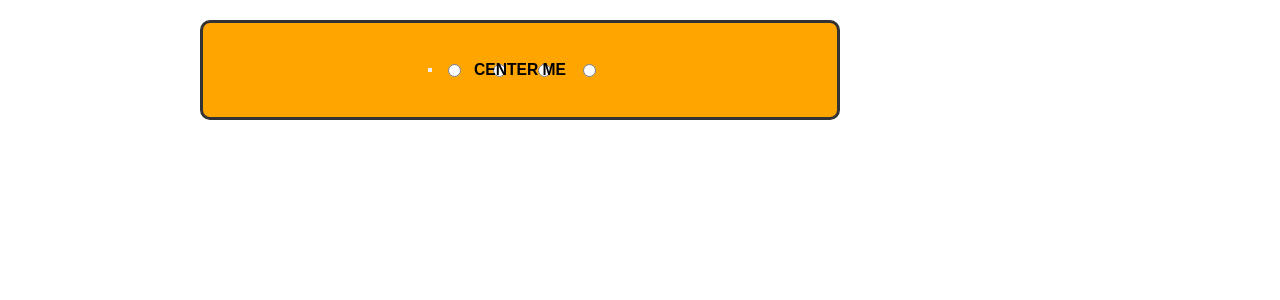
Repository: phanvu0103/HTML-CSS
Page: CSS_17.2_Các-cách-căn-giữa-trong-CSS/index.html
An editor plug-in stored every save of this project. The page is shown before and after the next save, followed by the edit.
The browser window is 1280 px wide. The pictures show the whole page.

Above is the page before, as saved 2022-09-24 13:27:09.

After the next save:
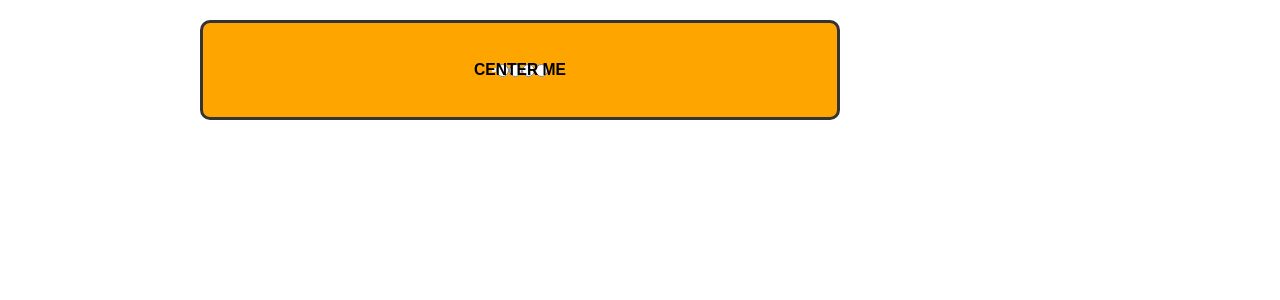
Saved 15 s later.
--- a/CSS_17.2_Các-cách-căn-giữa-trong-CSS/style.css
+++ b/CSS_17.2_Các-cách-căn-giữa-trong-CSS/style.css
@@ -53,7 +53,5 @@
   display: flex;
   align-items: center;
   justify-content: center;
-  margin: 1rem;
-  border: 100px;
-  top: 100px;
+  margin: 00px;
 }
